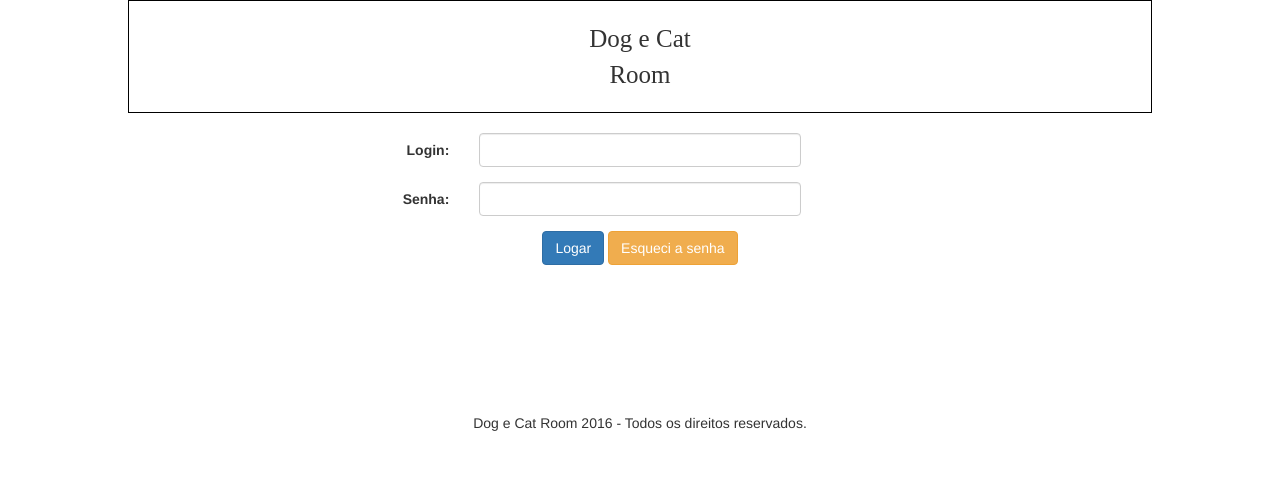
Repository: Natanzx/DogECatRoom
Page: http://localhost/DogECatRoom/login.jsp
An editor plug-in stored every save of this project. The page is shown before and after the next save, followed by the edit.
The browser window is 1280 px wide. The pictures show the whole page.
The page is served by Tomcat 9.

Above is the page before, as saved 2016-05-15 19:38:10.

After the next save:
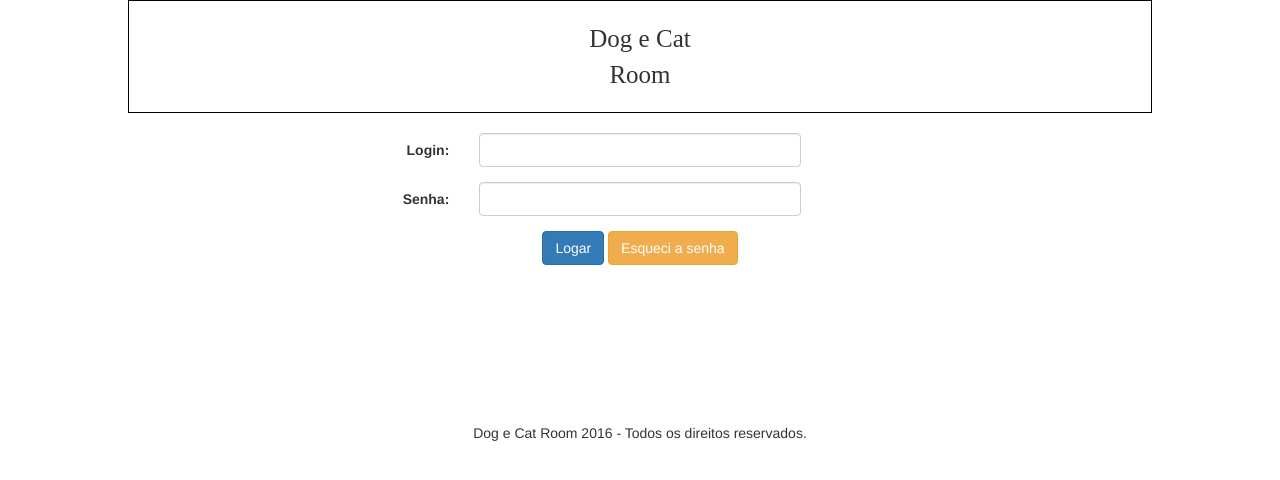
Saved 26 s later.
--- a/DogECatRoom/WebContent/bibliotecas/css/estilos.css
+++ b/DogECatRoom/WebContent/bibliotecas/css/estilos.css
@@ -15,6 +15,7 @@
 
 .divRodape{
 	text-align			: center;
+	padding				: 10px 0px;
 }
 
 .content{
